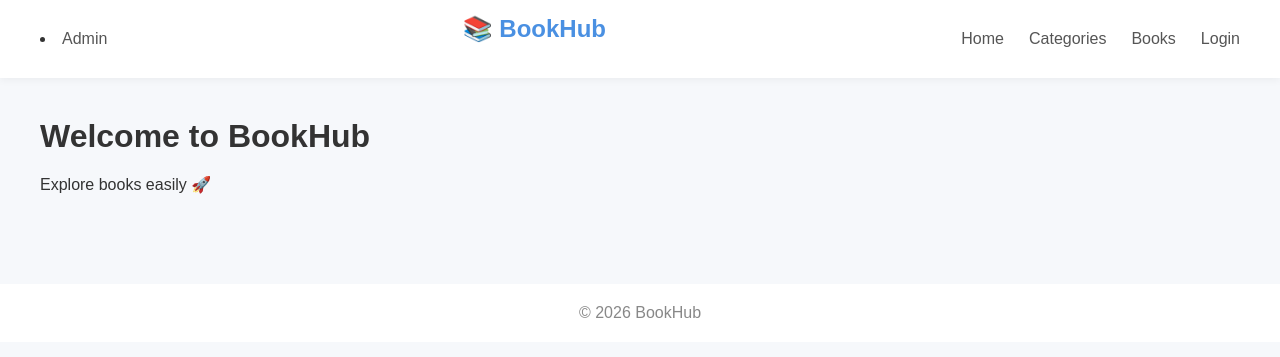
Repository: kparunsagar/Bookhub
Page: http://localhost/
An editor plug-in stored every save of this project. The page is shown before and after the next save, followed by the edit.
The browser window is 1280 px wide. The pictures show the whole page.
The page is served by the project's application, run on Flask 3 (app.py). Other server files are loaded and not shown.

Above is the page before, as saved 2026-05-04 20:59:30.

### templates/home.html

{% extends "base.html" %}
{% block content %}
<h1>Welcome to BookHub</h1>
<p>Explore books easily 🚀</p>
{% endblock %}

### templates/base.html

<!DOCTYPE html>
<html lang="en">
<head>
    <meta charset="UTF-8">
    <title>BookHub</title>
    <link rel="stylesheet" href="{{ url_for('static', filename='css/style.css') }}">
</head>
<body>

<nav>
    <li><a href="/admin">Admin</a></li>
    <h2>📚 BookHub</h2>
    <ul>
        <li><a href="/">Home</a></li>
        <li><a href="/categories">Categories</a></li>
        <li><a href="/books">Books</a></li>
        <li><a href="/login">Login</a></li>
    </ul>
</nav>

<div class="container">
    {% block content %}{% endblock %}
</div>

<footer>
    <p>© 2026 BookHub</p>
</footer>

</body>
</html>

### app.py

from flask import Flask, render_template
from db import get_connection
from flask import request, redirect

app = Flask(__name__)

@app.route('/')
def home():
    return render_template('home.html')

@app.route('/categories')
def categories():
    conn = get_connection()
    cursor = conn.cursor(dictionary=True)
    cursor.execute("SELECT * FROM categories")
    data = cursor.fetchall()
    return render_template('categories.html', categories=data)

@app.route('/books')
def books():
    conn = get_connection()
    cursor = conn.cursor(dictionary=True)
    cursor.execute("SELECT * FROM books")
    data = cursor.fetchall()
    return render_template('books.html', books=data)

@app.route('/login')
def login():
    return render_template('login.html')

@app.route('/admin')
def admin():
    conn = get_connection()
    cursor = conn.cursor(dictionary=True)

    cursor.execute("SELECT * FROM categories")
    categories = cursor.fetchall()

    return render_template('admin.html', categories=categories)

@app.route('/add-category', methods=['POST'])
def add_category():
    name = request.form['name']

    conn = get_connection()
    cursor = conn.cursor()

    cursor.execute("INSERT INTO categories (name) VALUES (%s)", (name,))
    conn.commit()

    return redirect('/admin')

@app.route('/add-book', methods=['POST'])
def add_book():
    title = request.form['title']
    author = request.form['author']
    category_id = request.form['category_id']
    price = request.form['price']

    conn = get_connection()
    cursor = conn.cursor()

    cursor.execute("""
        INSERT INTO books (title, author, category_id, price)
        VALUES (%s, %s, %s, %s)
    """, (title, author, category_id, price))

    conn.commit()

    return redirect('/admin')

if __name__ == '__main__':
    app.run(debug=True)

### static/css/style.css
/* Reset */
* {
    margin: 0;
    padding: 0;
    box-sizing: border-box;
}

body {
    font-family: 'Poppins', sans-serif;
    background: #f6f8fb;
    color: #333;
}

/* NAVBAR */
nav {
    background: white;
    padding: 15px 40px;
    display: flex;
    justify-content: space-between;
    align-items: center;
    box-shadow: 0 2px 8px rgba(0,0,0,0.05);
}

nav h2 {
    color: #4a90e2;
}

nav ul {
    list-style: none;
    display: flex;
    gap: 25px;
}

nav a {
    text-decoration: none;
    color: #555;
    font-weight: 500;
    transition: 0.3s;
}

nav a:hover {
    color: #4a90e2;
}

/* CONTAINER */
.container {
    padding: 40px;
}

/* HEADINGS */
h1, h2 {
    margin-bottom: 20px;
}

/* GRID */
.book-grid {
    display: grid;
    grid-template-columns: repeat(auto-fill, minmax(220px, 1fr));
    gap: 20px;
}

/* CARD */
.card {
    background: white;
    border-radius: 12px;
    padding: 20px;
    transition: 0.3s;
    box-shadow: 0 4px 12px rgba(0,0,0,0.05);
}

.card:hover {
    transform: translateY(-5px);
    box-shadow: 0 8px 20px rgba(0,0,0,0.1);
}

.card h3 {
    margin-bottom: 10px;
    color: #222;
}

.card p {
    color: #777;
}

/* FORM */
form input, form select {
    width: 100%;
    padding: 10px;
    margin-bottom: 10px;
    border-radius: 8px;
    border: 1px solid #ddd;
}

button {
    padding: 10px 15px;
    border: none;
    background: #4a90e2;
    color: white;
    border-radius: 8px;
    cursor: pointer;
}

button:hover {
    background: #357abd;
}

/* FOOTER */
footer {
    margin-top: 50px;
    text-align: center;
    padding: 20px;
    background: white;
    color: #888;
}

After the next save:
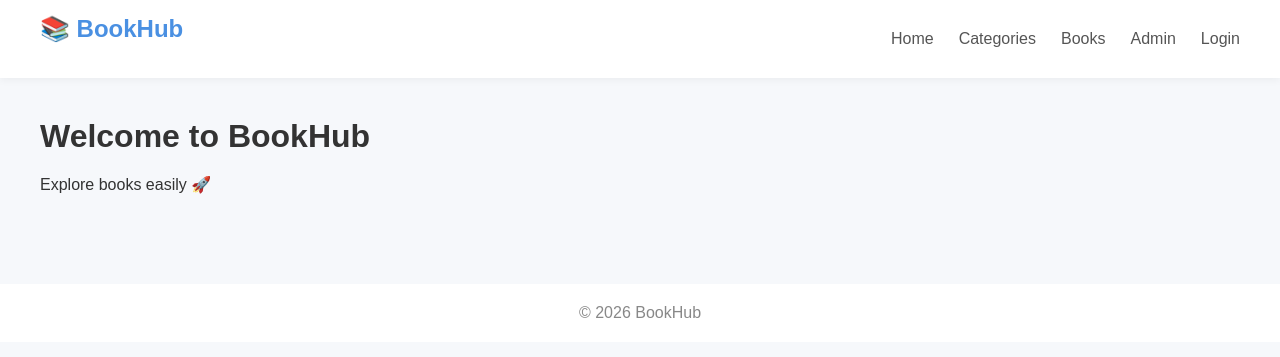
Saved 45 s later.
--- a/templates/base.html
+++ b/templates/base.html
@@ -9,12 +9,12 @@
 <body>
 
 <nav>
-    <li><a href="/admin">Admin</a></li>
     <h2>📚 BookHub</h2>
     <ul>
         <li><a href="/">Home</a></li>
         <li><a href="/categories">Categories</a></li>
         <li><a href="/books">Books</a></li>
+        <li><a href="/admin">Admin</a></li>
         <li><a href="/login">Login</a></li>
     </ul>
 </nav>
